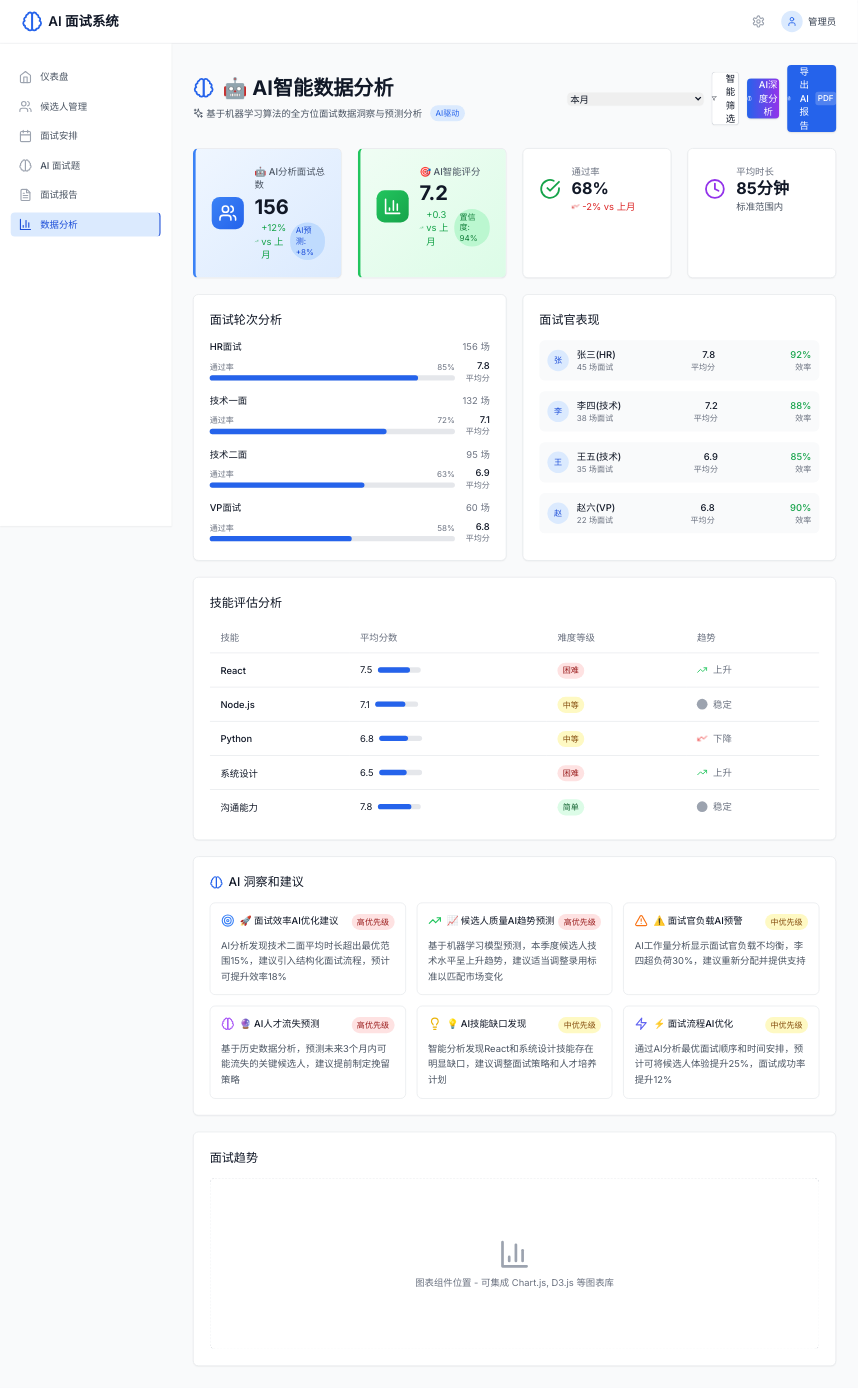
Repository: OisCircle/ai-day
Page: /analysis
These files come from the project's save history. The page is drawn as it stood at one moment and after the next save; the edit follows.
The browser window is 1280 px wide. The pictures show the whole page, at 67% of full size.
The project was rebuilt for these pictures with package versions that can differ from the ones it lists, and the page was loaded fresh each time. Also part of the build but not shown: vite.config.ts, src/pages/AIInterviewQuestions.tsx, src/pages/CandidateManagement.tsx, src/components/AIAssistant.tsx, src/components/DataVisualization.tsx, src/pages/Dashboard.tsx, src/pages/InterviewConducting.tsx, src/pages/InterviewReports.tsx and 1 more.

Above is the page before, as saved 2025-08-20 16:12:47.

After the next save:
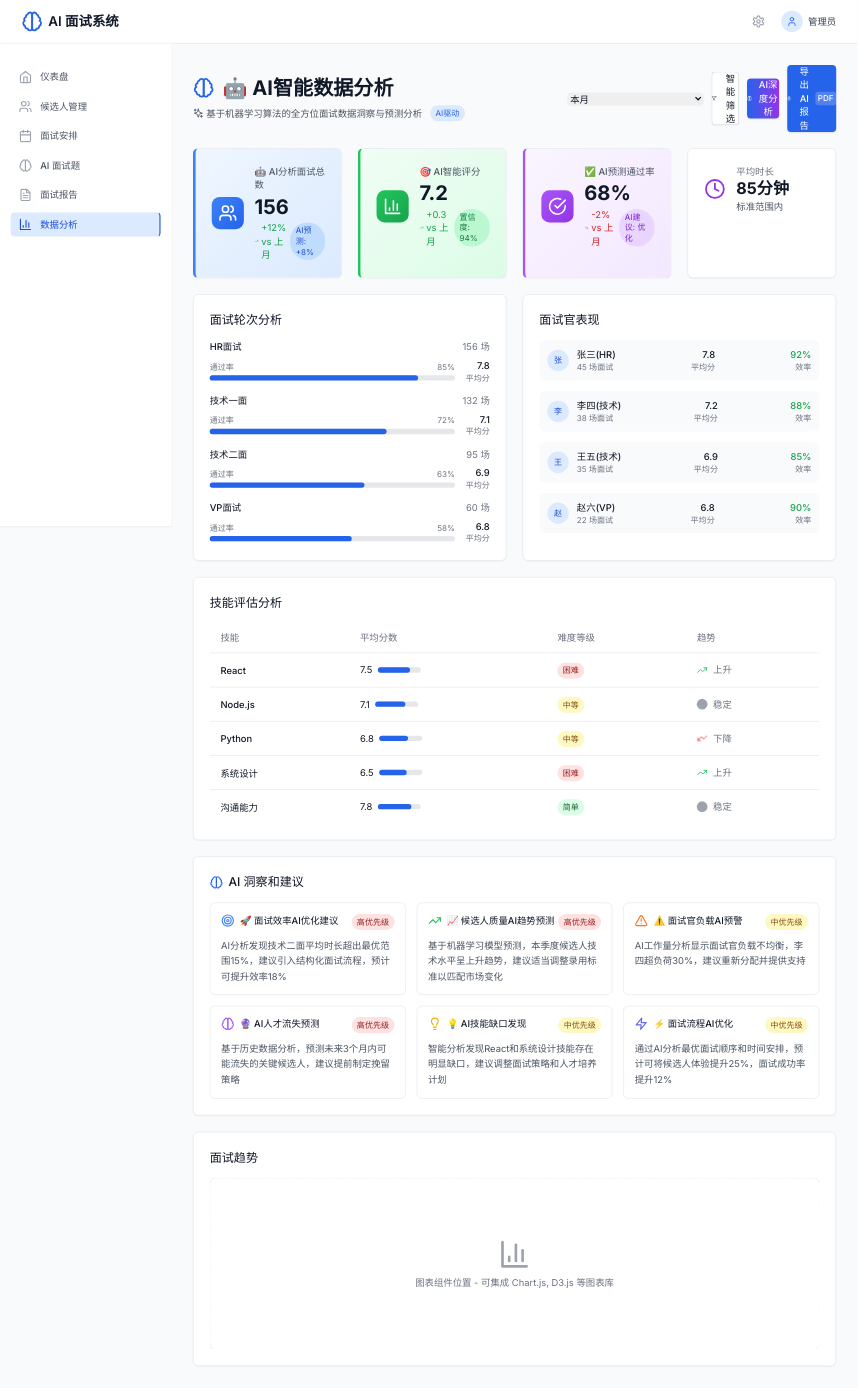
Saved 5 s later.
--- a/src/pages/InterviewAnalysis.tsx
+++ b/src/pages/InterviewAnalysis.tsx
@@ -369,20 +369,27 @@ const InterviewAnalysis: React.FC = () => {
           </div>
         </div>
 
-        <div className="card p-6">
+        <div className="card p-6 bg-gradient-to-br from-purple-50 to-purple-100 border-l-4 border-l-purple-500">
           <div className="flex items-center">
             <div className="flex-shrink-0">
-              <CheckCircle className="h-8 w-8 text-green-600" />
+              <div className="w-12 h-12 bg-gradient-to-br from-purple-500 to-purple-600 rounded-xl flex items-center justify-center">
+                <CheckCircle className="h-7 w-7 text-white" />
+              </div>
             </div>
             <div className="ml-4">
-              <p className="text-sm font-medium text-gray-500">通过率</p>
-              <p className="text-2xl font-bold text-gray-900">
+              <p className="text-sm font-medium text-gray-600 mb-1">✅ AI预测通过率</p>
+              <p className="text-3xl font-bold text-gray-900 mb-1">
                 {analysisData.summary.passRate}%
               </p>
-              <p className="text-sm text-red-600 flex items-center">
-                <TrendingUp className="h-3 w-3 mr-1 transform rotate-180" />
-                -2% vs 上月
-              </p>
+              <div className="flex items-center justify-between">
+                <p className="text-sm text-red-600 flex items-center">
+                  <TrendingDown className="h-3 w-3 mr-1" />
+                  -2% vs 上月
+                </p>
+                <div className="text-xs bg-purple-200 text-purple-700 px-2 py-1 rounded-full">
+                  AI建议: 优化
+                </div>
+              </div>
             </div>
           </div>
         </div>
